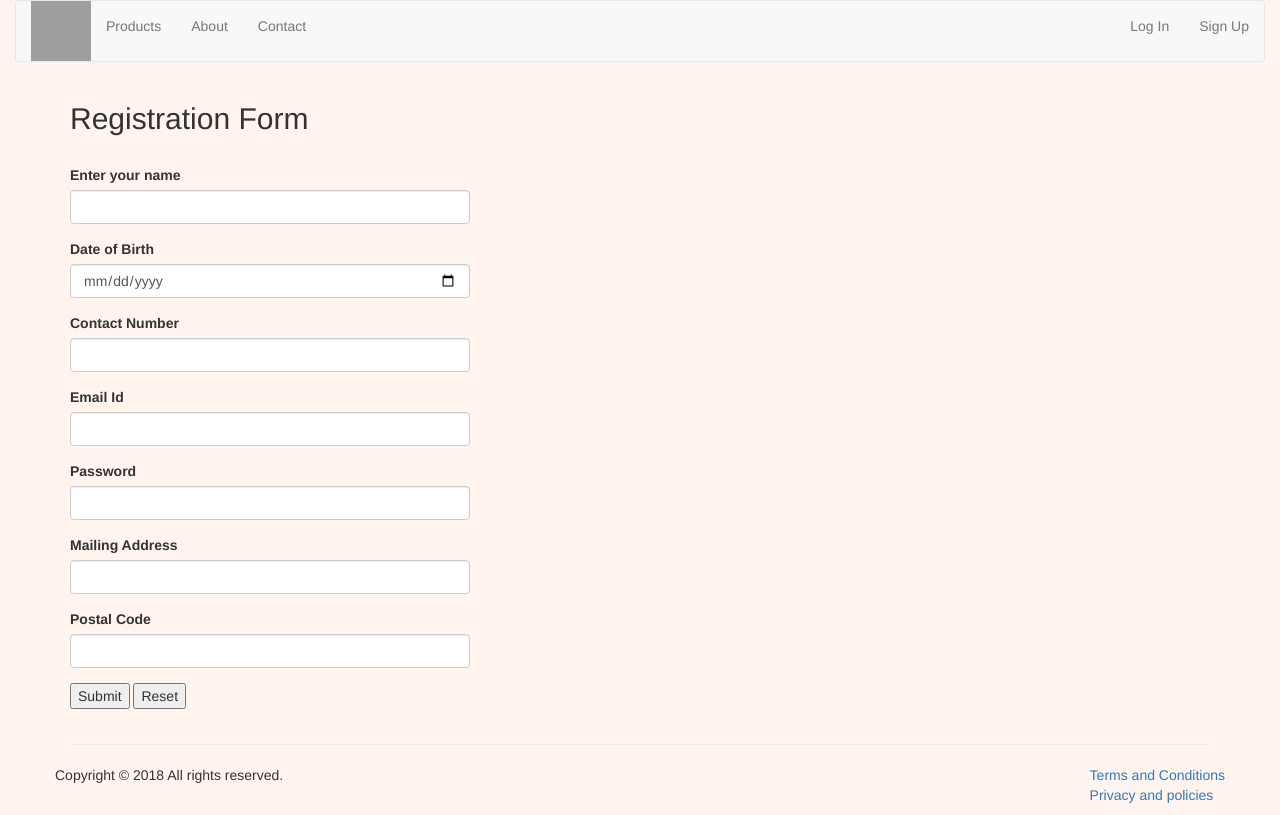
Repository: rishabh1910/Project1
Page: http://localhost/SassyClassy/WEB-INF/views/registration.jsp
These files come from the project's save history. The page is drawn as it stood at one moment and after the next save; the edit follows.
The browser window is 1280 px wide. The pictures show the whole page.
Pictures or frames that could not be fetched are drawn as grey boxes. Some web libraries are served in a nearby version. The page is served by Tomcat 9. Nobody is signed in. The template is opened directly, without the code that normally fills it, so the values that code supplies are empty.

Above is the page before, as saved 2018-04-03 06:34:20.

After the next save:
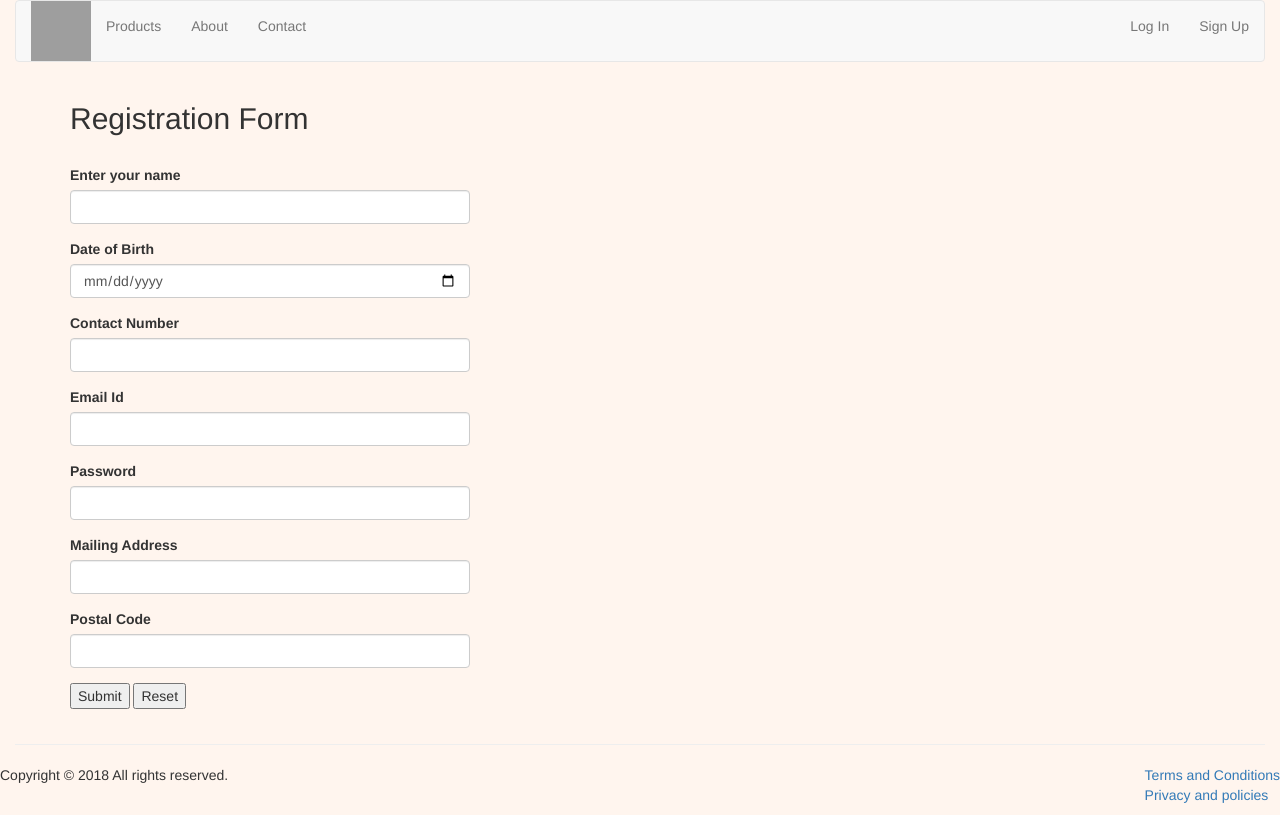
Saved 5 s later.
--- a/DTProject/SassyClassy/src/main/webapp/WEB-INF/views/template/footer.jsp
+++ b/DTProject/SassyClassy/src/main/webapp/WEB-INF/views/template/footer.jsp
@@ -3,7 +3,7 @@
 <html>
 
 <body>
-<div class="container">
+<div class="container-fluid">
 <hr>
         <footer class="row">
         	Copyright &copy; 2018 All rights reserved.
